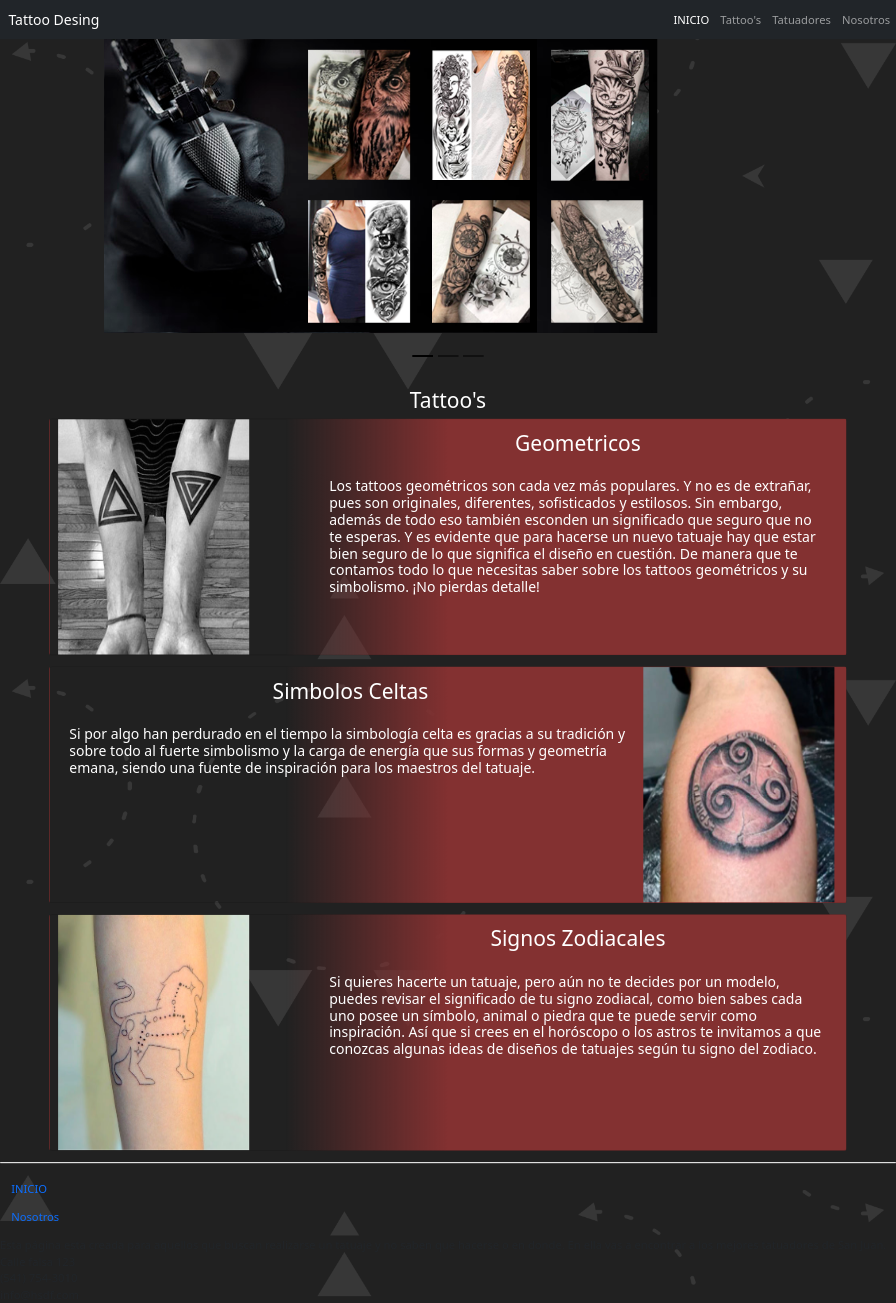
Repository: Vladimir-22/TatooDesign
Page: index.html
The author's editor kept a copy of each file at every save. The page is drawn from the files as they stood at one save, then again after the next save.
The browser window is 1280 px wide. The pictures show the whole page, at 70% of full size.
Some web libraries are served in a nearby version.

Above is the page before, as saved 2021-05-19 20:37:55.

### index.html
<!DOCTYPE html>
<html lang="es">

<head>
    <meta charset="UTF-8">
    <meta http-equiv="X-UA-Compatible" content="IE=edge">
    <meta name="viewport" content="width=device-width, initial-scale=1.0">
    <link href="https://cdn.jsdelivr.net/npm/bootstrap@5.0.0-beta3/dist/css/bootstrap.min.css" rel="stylesheet" integrity="sha384-eOJMYsd53ii+scO/bJGFsiCZc+5NDVN2yr8+0RDqr0Ql0h+rP48ckxlpbzKgwra6" crossorigin="anonymous">
    <script src="https://cdn.jsdelivr.net/npm/bootstrap@5.0.0-beta3/dist/js/bootstrap.bundle.min.js" integrity="sha384-JEW9xMcG8R+pH31jmWH6WWP0WintQrMb4s7ZOdauHnUtxwoG2vI5DkLtS3qm9Ekf" crossorigin="anonymous"></script>
    <script src="https://cdn.jsdelivr.net/npm/bootstrap@5.0.0-beta3/dist/js/bootstrap.bundle.min.js" integrity="sha384-JEW9xMcG8R+pH31jmWH6WWP0WintQrMb4s7ZOdauHnUtxwoG2vI5DkLtS3qm9Ekf" crossorigin="anonymous"></script>
    <script src="https://cdn.jsdelivr.net/npm/@popperjs/core@2.9.1/dist/umd/popper.min.js" integrity="sha384-SR1sx49pcuLnqZUnnPwx6FCym0wLsk5JZuNx2bPPENzswTNFaQU1RDvt3wT4gWFG" crossorigin="anonymous"></script>
    <script src="https://cdn.jsdelivr.net/npm/bootstrap@5.0.0-beta3/dist/js/bootstrap.min.js" integrity="sha384-j0CNLUeiqtyaRmlzUHCPZ+Gy5fQu0dQ6eZ/xAww941Ai1SxSY+0EQqNXNE6DZiVc" crossorigin="anonymous"></script>
    <link rel="stylesheet" href="https://use.fontawesome.com/releases/v5.8.1/css/all.css" integrity="sha384-50oBUHEmvpQ+1lW4y57PTFmhCaXp0ML5d60M1M7uH2+nqUivzIebhndOJK28anvf" crossorigin="anonymous">
    <link rel="stylesheet" href="css/styles.css">
    <title>Tattoo Desing</title>
</head>

<body>
    <nav class="navbar navbar-expand-lg navbar-dark bg-dark">
        <div class="container-fluid">
            <!-- <i class="fas fa-bars"></i> -->

            <div class="col-md-9">
                <a class="navbar-brand" href="#">Tattoo Desing</a>

                <button class="navbar-toggler" type="button" data-bs-toggle="collapse" data-bs-target="#navbarNav" aria-controls="navbarNav" aria-expanded="false" aria-label="Toggle navigation">
                    <span class="navbar-toggler-icon"></span>
                </button>
            </div>

            <div class="col-md-3 collapse navbar-collapse" id="navbarNav">
                <ul class="navbar-nav">
                    <li class="nav-item">
                        <a class="nav-link active" aria-current="page" href="#">INICIO</a>
                    </li>
                    <li class="nav-item">
                        <a class="nav-link" href="tattoo's.html">Tattoo's</a>
                    </li>
                    <li class="nav-item">
                        <a class="nav-link" href="tatuadores.html">Tatuadores</a>
                    </li>
                    <li class="nav-item">
                        <a class="nav-link" href="nosotros.html" tabindex="-1" aria-disabled="true">Nosotros</a>
                    </li>
                </ul>
            </div>

        </div>
    </nav>

    <div class="container">
        <div class="row" id="carrusel" >
            <div id="carouselExampleDark" class="carousel carousel-dark slide" data-bs-ride="carousel">

                <div class="carousel-indicators">
                    <button type="button" data-bs-target="#carouselExampleDark" data-bs-slide-to="0" class="active" aria-current="true" aria-label="Slide 1"></button>
                    <button type="button" data-bs-target="#carouselExampleDark" data-bs-slide-to="1" aria-label="Slide 2"></button>
                    <button type="button" data-bs-target="#carouselExampleDark" data-bs-slide-to="2" aria-label="Slide 3"></button>
                </div>

                <div class="carousel-inner">
                    <div class="carousel-item active" data-bs-interval="10000">
                        <img id="imgCarrusel" src="./Agos/Carrusel/trae-tu-diseño.png" class="d-block w-20" alt="...">
                        <!-- <div class="carousel-caption d-none d-md-block">
                            <h5>First slide label</h5>
                            <p>Some representative placeholder content for the first slide.</p>
                        </div> -->
                    </div>
                    <div class="carousel-item" data-bs-interval="4000">
                        <img id="imgCarrusel" src="./Agos/Carrusel/Tendencias.png" class="d-block w-20" alt="...">
                        <!-- <div class="carousel-caption d-none d-md-block">
                            <h5>Second slide label</h5>
                            <p>Some representative placeholder content for the second slide.</p>
                        </div> -->
                    </div>
                    <div class="carousel-item" data-bs-interval="2000">
                        <img id="imgCarrusel" src="./Agos/Carrusel/Tatuadores-banner.png" class="d-block w-20" alt="...">
                        <!-- <div class="carousel-caption d-none d-md-block">
                            <h5>Third slide label</h5>
                            <p>Some representative placeholder content for the third slide.</p>
                        </div> -->
                    </div>
                </div>

                <!-- <button class="carousel-control-prev" type="button" data-bs-target="#carouselExampleDark" data-bs-slide="prev">
                  <span class="carousel-control-prev-icon" aria-hidden="true"></span>
                  <span class="visually-hidden">Previous</span>
                </button>
                <button class="carousel-control-next" type="button" data-bs-target="#carouselExampleDark" data-bs-slide="next">
                  <span class="carousel-control-next-icon" aria-hidden="true"></span>
                  <span class="visually-hidden">Next</span>
                </button> -->

            </div>
        </div>

        <div class="row section2 text-center">
            <h1>
                Tattoo's
            </h1>
        </div>

        <div class="row">
            <!-- <div class="card mb-3">
                <img src="./Pedro/Categorías - Signos Zodiacales/Simbolos Celtas.PNG" class="card-img-top" alt="...">
                <div class="card-body">
                    <h5 class="card-title">Card title</h5>
                    <p class="card-text">This is a wider card with supporting text below as a natural lead-in to additional content. This content is a little bit longer.</p>
                    <p class="card-text"><small class="text-muted">Last updated 3 mins ago</small></p>
                </div>
            </div> -->

            <div id="Geometricos" class="card mb-3" style="max-width: auto;">
                <div class="row g-0">
                    <div class="col-md-4">
                        <img id="imagen" src="./Pedro/Categorías - descripcion inicio/Tatuajes Geometricos.jpg" alt="...">
                    </div>
                    <div class="col-md-8">
                        <div class="card-body">
                            <h1 class="card-title">Geometricos</h1> <br>
                            <h5 id="descrip-gral" class="card-text">
                                Los tattoos geométricos son cada vez más populares. Y no es de extrañar, pues son originales, diferentes, sofisticados y estilosos. Sin embargo, además de todo eso también esconden un significado que seguro que no te esperas.
                                Y es evidente que para hacerse un nuevo tatuaje hay que estar bien seguro de lo que significa el diseño en cuestión. De manera que te contamos todo lo que necesitas saber sobre los tattoos geométricos y su simbolismo. ¡No
                                pierdas detalle!
                            </h5>
                            <!-- <p class="card-text"><small class="text-muted">Última actualización 3 minutos</small></p> -->
                        </div>
                    </div>
                </div>
            </div>

            <div id="Celtas" class="card mb-3" style="max-width: auto;">
                <div class="row g-0">
                    <div class="col-md-9">
                        <div class="card-body">
                            <h1 class="card-title">Simbolos Celtas</h1> <br>
                            <h5 id="descrip-gral" class="card-text">
                                Si por algo han perdurado en el tiempo la simbología celta es gracias a su tradición y sobre todo
                                al fuerte simbolismo y la carga de energía que sus formas y geometría emana, siendo una fuente de
                                inspiración para los maestros del tatuaje.
                            </h5 >
                            <!-- <p class="card-text"><small class="text-muted">Última actualización 3 minutos</small></p> -->
                        </div>
                    </div>
                    <div class="col-md-3">
                        <img id="imagen" src="./Pedro/Categorías - descripcion inicio/Simbolos Celtas.jpg" alt="...">
                    </div>
                </div>
            </div>

            <div id="Zodiacales" class="card mb-3" style="max-width: auto;">
                <div class="row g-0">
                    <div class="col-md-4">
                        <img id="imagen" src="./Pedro/Categorías - descripcion inicio/Signos Zodiacales.jpg" alt="...">
                    </div>
                    <div class="col-md-8">
                        <div class="card-body">
                            <h1 class="card-title">Signos Zodiacales</h1> <br>
                            <h5 id="descrip-gral" class="card-text">
                                Si quieres hacerte un tatuaje, pero aún no te decides por un modelo, puedes revisar el significado
                                de tu signo zodiacal, como bien sabes cada uno posee un símbolo, animal o piedra que te puede servir
                                como inspiración.
                                Así que si crees en el horóscopo o los astros te invitamos a que conozcas algunas ideas de diseños
                                de tatuajes según tu signo del zodiaco.
                            </h5>
                            <!-- <p class="card-text"><small class="text-muted">Última actualización 3 minutos</small></p> -->
                        </div>
                    </div>
                </div>
            </div>
        </div>

    </div>
</body>
<footer>
    <div class="footer" id="footer">
        <div id="footer" class="card mb-3" style="max-width: auto;"></div>
            <div class="col-6 col-md-4">
                <a class="nav-link active" aria-current="page" href="#">INICIO</a>
            </div>
            <div class="col-6 col-md-4">
                <a class="nav-link" href="nosotros.html" tabindex="-1" aria-disabled="true">Nosotros</a>
            </div>

    </div>
    <div class=>
        <h5 id="descrip-gral" class="card-text"></h5>
            Esta página esta creada para aquellos que buscan realizarse un tatuaje y no saben que hacerse o en donde. En ella vas a encontrar a los mejores tatuadores de San Juan.<br>
            Calle falsa 123<br>
            (541) 754-3010<br>
            info@hsdf.com<br>

    </div>
</footer>
</html>

### css/styles.css
body {
    margin: 0 !important;
    padding: 0;
    position: relative;
    /*width: 1440px;
    height: 1024px;*/
    background: #212121;
    background-image: url(../Daniela/Background.png);
    background-position: center;
    background-size: contain;
    /* font-family: NanumGothic; */
}

.section2 {
    margin-top: 7%;
    color: white;
}

.section3 {
    margin-top: 3%;
    color: white;
}

h1 {
    font-size: 30px;
}

h2 {
    font-size: 21px;
}

h3 {
    font-size: 18px;
}

h1,
h2,
h3 {
    color: white;
    text-align: center;
}


/*.card img {
    width: 30%;
    height: 30%;
    align-content: center;
} */

nav {
    position: absolute;
    left: 0% !important;
    right: 0% !important;
    top: 0% !important;
    bottom: 0% !important;
    background: #000000 !important;
}

.carousel-indicators {
    left: 0% !important;
    right: 0% !important;
    top: 105% !important;
    bottom: 0% !important;
    margin-top: 0% !important;
}

.carousel-inner {
    left: 6% !important;
    right: 0% !important;
    top: 0% !important;
}



#Geometricos,
#Celtas,
#Zodiacales {
    background: linear-gradient(270deg, #833131 50%, rgba(131, 49, 49, 0) 70.34%);
    border-radius: 4px;
}

#nosotros
{
    background: none;
}

#descrip-gral {
    color: white;
}

#imagen {
    width: 273px;
    height: 336px;
}

#Celtas #imagen {
    right: 100% !important;
    top: 660px;
}

After the next save:
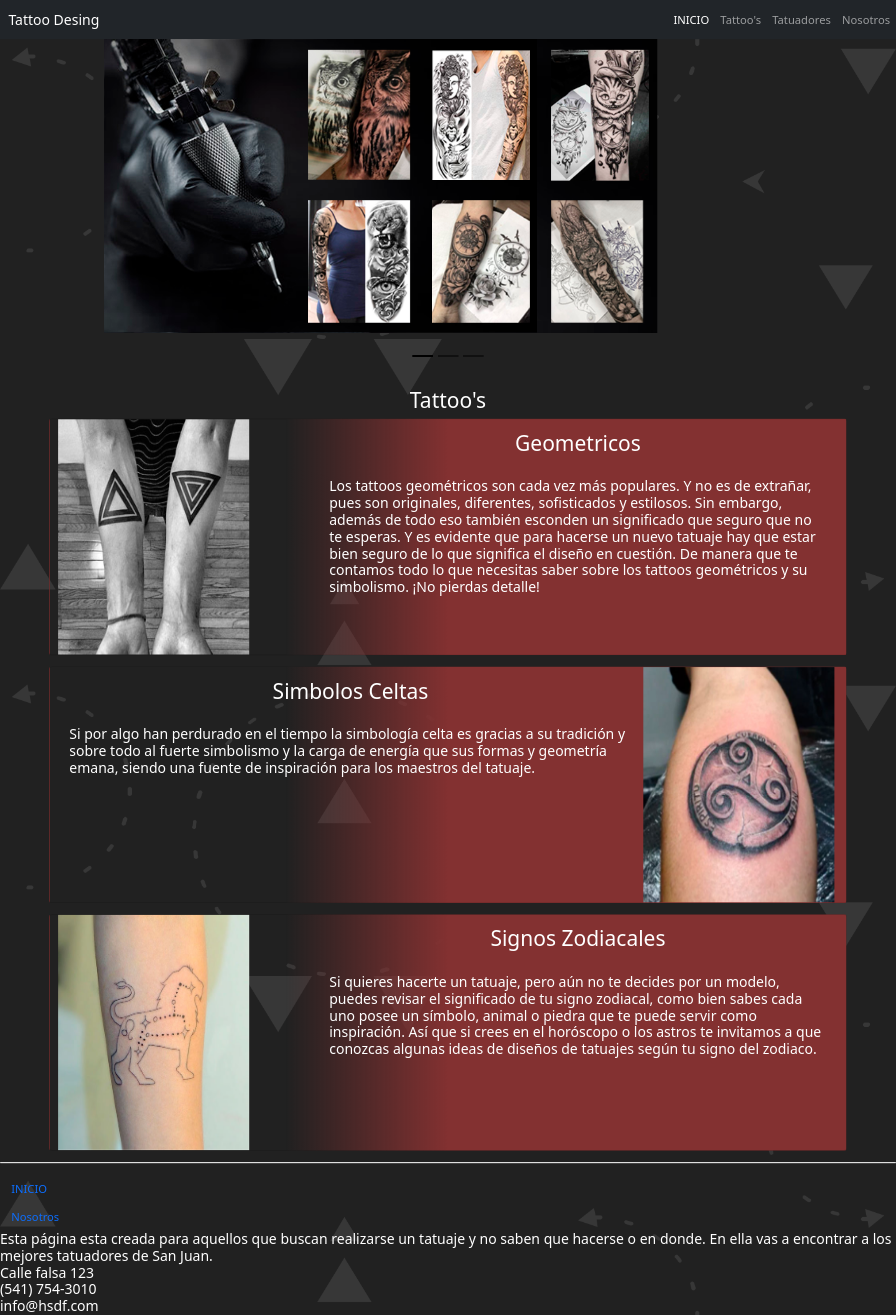
Saved 43 s later.
--- a/index.html
+++ b/index.html
@@ -184,12 +184,12 @@
 
     </div>
     <div class=>
-        <h5 id="descrip-gral" class="card-text"></h5>
+        <h5 id="descrip-gral" class="card-text">
             Esta página esta creada para aquellos que buscan realizarse un tatuaje y no saben que hacerse o en donde. En ella vas a encontrar a los mejores tatuadores de San Juan.<br>
             Calle falsa 123<br>
             (541) 754-3010<br>
             info@hsdf.com<br>
-
+        </h5>
     </div>
 </footer>
 </html>
